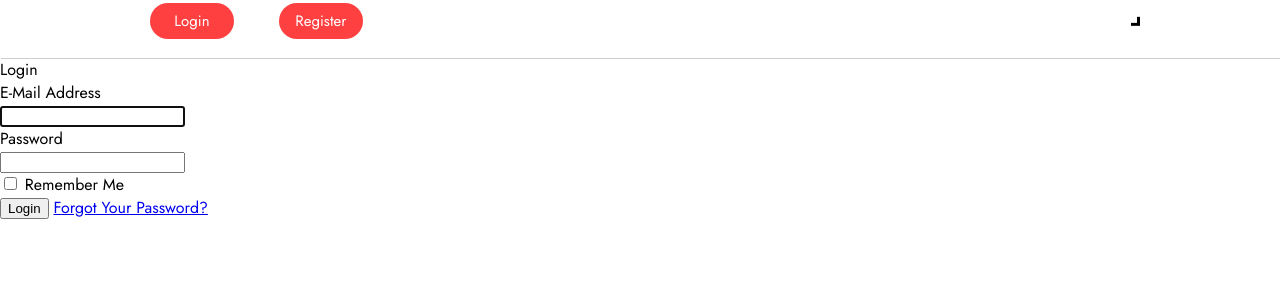
Repository: PatryxB/bikeService
Page: http://localhost/login
An editor plug-in stored every save of this project. The page is shown before and after the next save, followed by the edit.
The browser window is 1280 px wide. The pictures show the whole page.
The page is served by the project's Laravel application, run on PHP 8.4 with Laravel 8. Style sheets and scripts are compiled from the project's sources, by tool versions that may differ from the author's.

Above is the page before, as saved 2020-05-14 10:45:34.

After the next save:
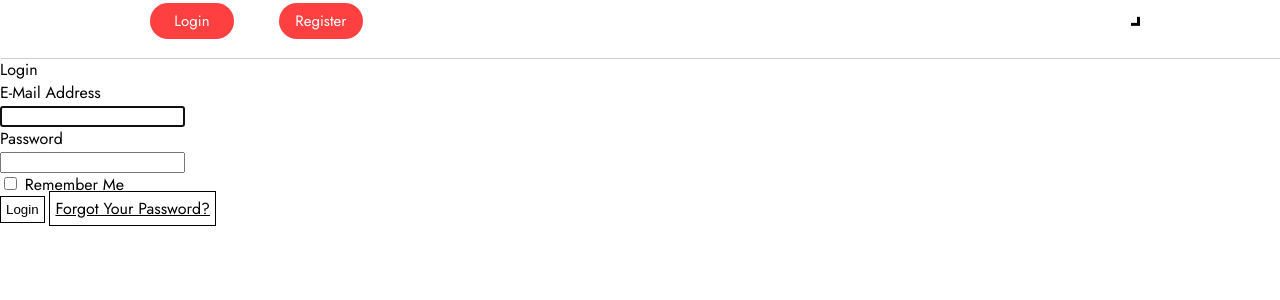
Saved 4 min 54 s later.
--- a/resources/sass/app.scss
+++ b/resources/sass/app.scss
@@ -70,3 +70,9 @@ nav a:nth-child(1), nav a:nth-child(2){
     float: left;
     filter: brightness(70%);
 }
+.btn{
+    background-color: white;
+    color: black;
+    border: 1px solid black;
+    padding: 5px;
+}
